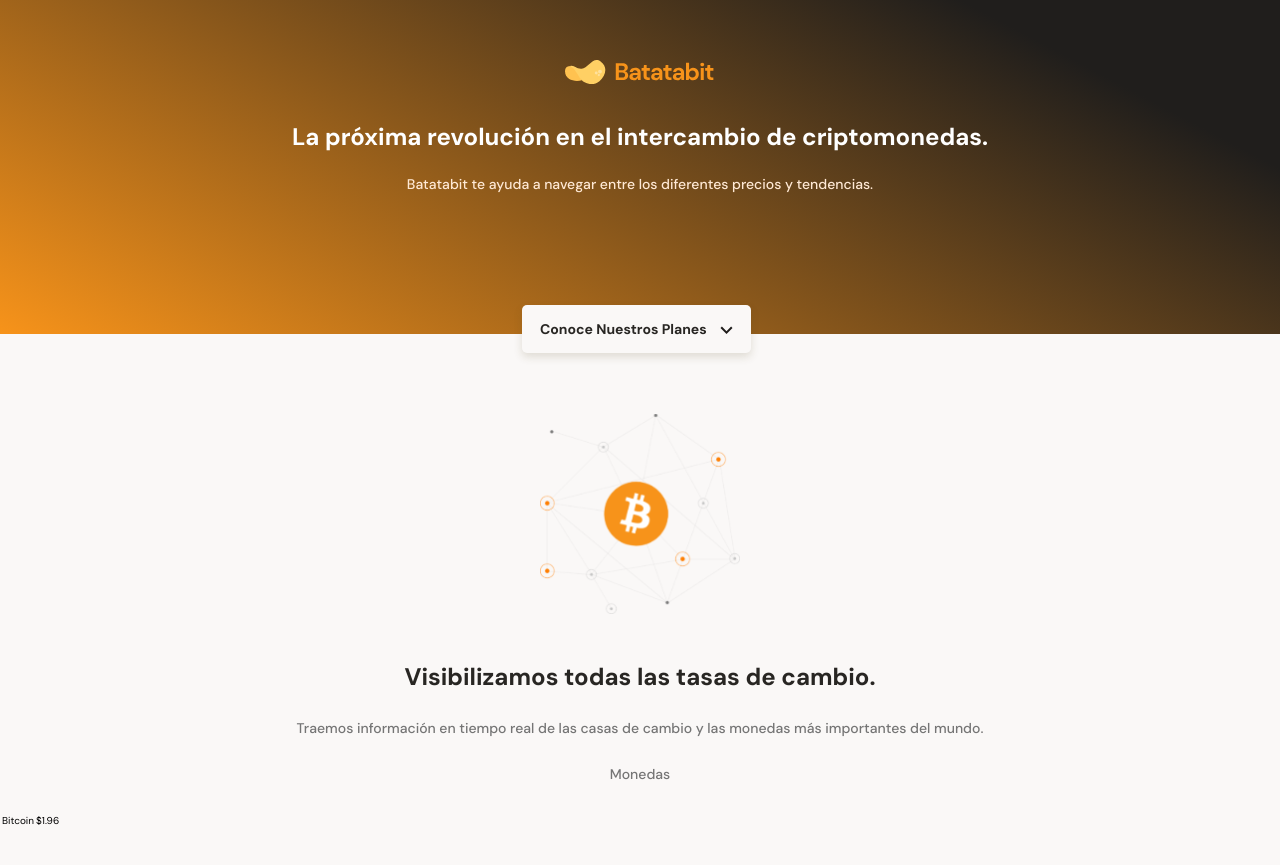
Repository: ChristianGecchelin/spa-full-css-html
Page: index.html
These files come from the project's save history. The page is drawn as it stood at one moment and after the next save; the edit follows.
The browser window is 1280 px wide. The pictures show the whole page.

Above is the page before, as saved 2021-11-26 10:14:38.

### index.html
<!DOCTYPE html>
<html lang="en">
  <head>
    <meta charset="UTF-8" />
    <meta http-equiv="X-UA-Compatible" content="IE=edge" />
    <meta name="viewport" content="width=device-width, initial-scale=1.0" />
    <title></title>
    <link rel="preconnect" href="https://fonts.googleapis.com" />
    <link rel="preconnect" href="https://fonts.gstatic.com" crossorigin />
    <link
      href="https://fonts.googleapis.com/css2?family=DM+Sans:wght@400;500;700&family=Inter:wght@300;500&display=swap"
      rel="stylesheet"
    />
    <link rel="stylesheet" href="./styles/styles.css" />
  </head>
  <!-- shift+alt+A para comentar -->
  <body>
    <header>
      <!-- Las etiquetas principales no necesitan ponerle clase porque solo hay una en el archivo -->
      <img src="./assets/img/logo.svg" alt="logo" />
      <div class="header--title-container">
        <h1>La próxima revolución en el intercambio de criptomonedas.</h1>
        <p>
          Batatabit te ayuda a navegar entre los diferentes precios y
          tendencias.
        </p>
        <a class="header--button" href=""
          >Conoce Nuestros Planes <span></span
        ></a>
      </div>
    </header>
    <main>
      <section class="main-exchange-container">
        <div class="backgroundImg"></div>
        <div class="main-exchange-container--title">
          <h2>Visibilizamos todas las tasas de cambio.</h2>
          <p>
            Traemos información en tiempo real de las casas de cambio y las
            monedas más importantes del mundo.
          </p>
        </div>
        <section class="main-tables-container">
          <!-- creo otra seccion porque tengo mucha información para mostrar -->
          <div>
            <p>Monedas</p>
            <div>
              <table>
                <tr>
                  <!-- table row --><!-- table data, info de la tabla -->
                  <td>Bitcoin</td>
                  <td>$1.96</td>
                </tr>
                <tr>
                  <td></td>
                  <td></td>
                </tr>
                <tr>
                  <td></td>
                  <td></td>
                </tr>
                <tr>
                  <td></td>
                  <td></td>
                </tr>
              </table>
            </div>
          </div>
        </section>
      </section>
      <section></section>
      <section></section>
      <section></section>
    </main>
    <footer></footer>
  </body>
</html>

### styles/styles.css
/* shift+alt+A para comentar */
/*  1° estilos relacionados a posicionamiento
    2° Modelo de caja (box model width height lo que da dimensión)
    3° Tipografías
    4° Visuales (sombras)
    5° Otros */
:root {
  /* colores (creo variables para no andar buscando los codigos */
  --bitcoin-orange: #f7931a;
  --soft-orange: #ffe9d5;
  --secondary-blue: #1a9af7;
  --soft-blue: #e7f5ff;
  --warm-black: #201e1c;
  --black: #282623;
  --grey: #bababa;
  --off-white: #faf8f7;
  --just-white: #fff;
}
* {
  box-sizing: border-box;
  margin: 0;
  padding: 0;
}
html {
  font-size: 62.5%;
  font-family: "DM Sans", sans-serif;
}
header {
  position: relative;
  display: flex;
  flex-direction: column;
  justify-content: center;
  width: 100%;
  min-width: 320px; /* dimensión más chica en moviles */
  height: 334px;
  text-align: center;
  background: linear-gradient(
    207.8deg,
    #201e1c 16.69%,
    #f7931a 100%
  ); /* el fondo con gradiente */
}
header img {
  width: 150px;
  height: 24px;
  margin-top: 60px;
  align-self: center; /* alineo al hijo (el padre debe tener flex) este caso es alineado horizontal porque el flex-direction es column */
}
.header--title-container {
  width: 90%; /* ocupa el 90% entre 288 y 900px */
  min-width: 288px;
  max-width: 900px;
  height: 218px;
  margin-top: 40px;
  text-align: center;
  align-self: center; /* centro el contenedor */
}
.header--title-container h1 {
  font-size: 2.4rem;
  font-weight: 700;
  line-height: 2.6rem;
  color: var(
    --just-white
  ); /* llamo la variable que cree en root para los colores */
}
.header--title-container p {
  margin-top: 25px;
  font-size: 1.4rem;
  font-weight: 500;
  line-height: 1.8rem;
  color: var(--soft-orange);
}
.header--title-container .header--button {
  position: absolute;
  top: 270px;
  left: calc(
    50% - 118px
  ); /* es importante dejar espacios entre el signo menos y los valores */
  display: block;
  margin-top: 35px;
  padding: 15px;
  width: 229px;
  height: 48px;
  background-color: var(--off-white);
  font-size: 1.4rem;
  font-weight: 700;
  text-decoration: none;
  color: var(--black);
  /* sombras */
  box-shadow: 0px 4px 8px rgba(89, 73, 30, 0.16);
  border: none;
  border-radius: 5px;
}
.header--button span {
  display: inline-block;
  width: 13px;
  height: 8px;
  margin-left: 10px;
  background-image: url(../assets/icons/down-arrow.svg);
}
main {
  width: 100%;
  height: auto;
  background-color: var(--off-white);
  min-width: 320px;
}
.main-exchange-container {
  width: 100%;
  height: auto;
  padding-top: 80px;
  padding-bottom: 30px;
  text-align: center;
}
.main-exchange-container--title {
  width: 90%;
  min-width: 288px;
  max-width: 900px;
  margin: 0 auto;
}
.main-exchange-container .backgroundImg {
  /* le tengo que dar dimensiones porque en el html la imagen no existe */
  width: 200px;
  height: 200px;
  margin: 0 auto;
  margin-bottom: 50px;
  background-image: url(../assets/img/Bitcoin.svg);
  background-size: cover;
  background-position: center;
  background-repeat: no-repeat; /* con estas propiedades de background garantizo que la imagen siempre va a estar centrada y que ocupe el espacio correcto */
}
.main-exchange-container h2 {
  margin-bottom: 30px;
  font-size: 2.4rem;
  font-weight: 700;
  line-height: 2.6rem;
  color: var(--black);
}
.main-exchange-container p {
  margin-bottom: 30px;
  font-size: 1.4rem;
  font-weight: 500;
  line-height: 1.6rem;
  color: #757575;
}

After the next save:
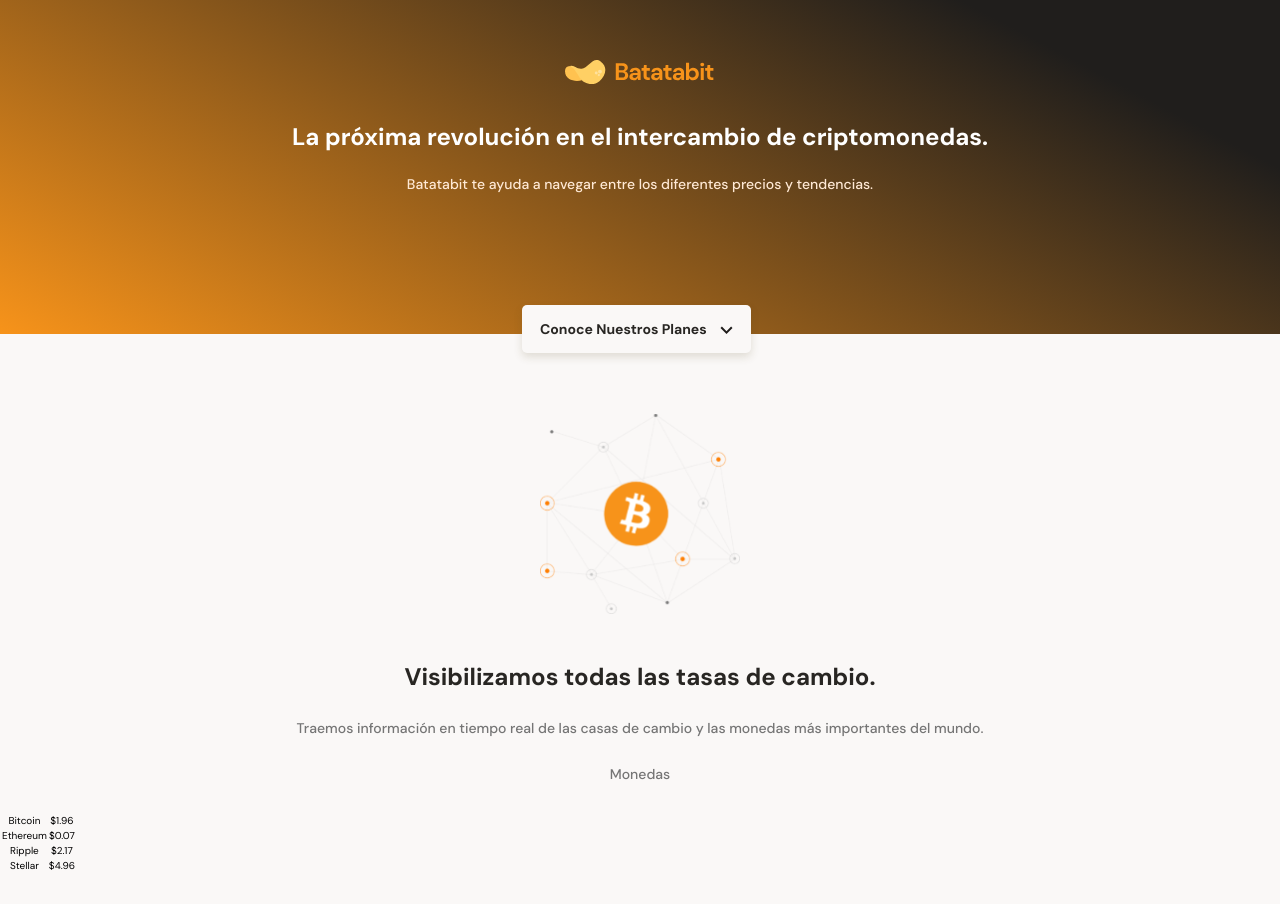
Saved 4 min 38 s later.
--- a/index.html
+++ b/index.html
@@ -41,9 +41,9 @@
         </div>
         <section class="main-tables-container">
           <!-- creo otra seccion porque tengo mucha información para mostrar -->
-          <div>
-            <p>Monedas</p>
-            <div>
+          <div class="main-currency-table">
+            <p class="currency-table-title">Monedas</p>
+            <div class="">
               <table>
                 <tr>
                   <!-- table row --><!-- table data, info de la tabla -->
@@ -51,16 +51,16 @@
                   <td>$1.96</td>
                 </tr>
                 <tr>
-                  <td></td>
-                  <td></td>
+                  <td>Ethereum</td>
+                  <td>$0.07</td>
                 </tr>
                 <tr>
-                  <td></td>
-                  <td></td>
+                  <td>Ripple</td>
+                  <td>$2.17</td>
                 </tr>
                 <tr>
-                  <td></td>
-                  <td></td>
+                  <td>Stellar</td>
+                  <td>$4.96</td>
                 </tr>
               </table>
             </div>
